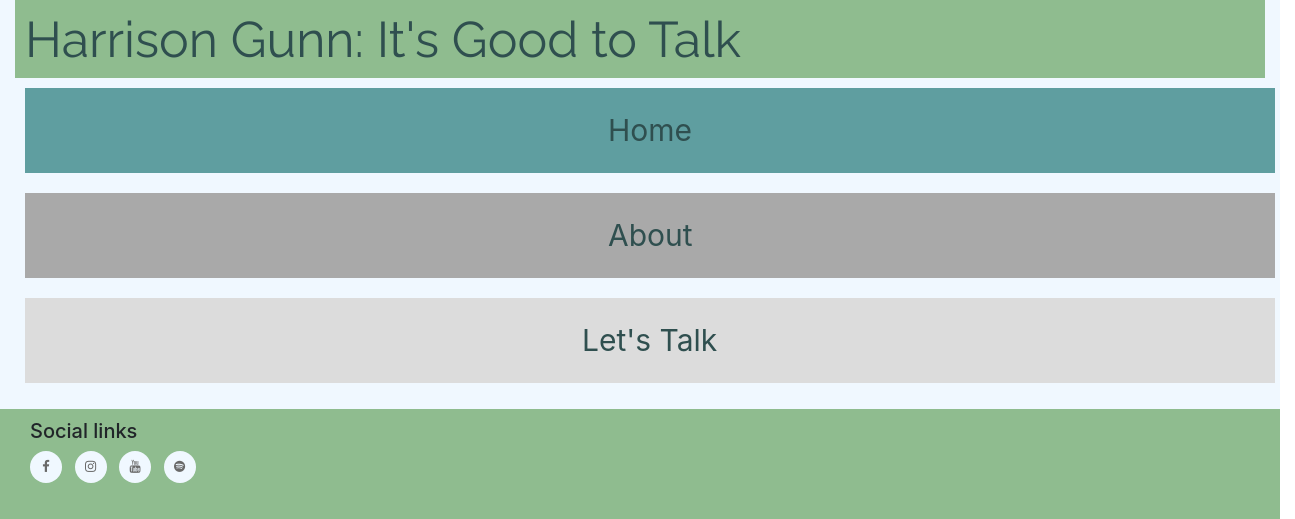
Repository: Leannald13/mile-stone-project-html
Page: contact.html
The author's editor kept a record of every edit. The page is drawn from the files as they stood at one moment, then again after the next edit.
The browser window is 1280 px wide. The page is 1295 px wide, so the pictures cover 1295 px, including what lies to the right of the window. The pictures show the part of the page from y = 500 to 1035 px (the page is 1019 px tall before and 1035 px after).

Above is the page before.

### contact.html
<!DOCTYPE html>
<html lang="en">

<head>
    <meta charset="UTF-8">
    <meta name="viewport" content="width=device-width, initial-scale=1.0">
    <meta http-equiv="X-UA-Compatible" content="ie=edge">
    <link rel="stylesheet" href="https://stackpath.bootstrapcdn.com/bootstrap/4.3.1/css/bootstrap.min.css" type="text/css" />
    <link rel="stylesheet" href="https://cdnjs.cloudflare.com/ajax/libs/hover.css/2.3.1/css/hover-min.css" type="text/css" />
    <link rel="stylesheet" href="https://stackpath.bootstrapcdn.com/font-awesome/4.7.0/css/font-awesome.min.css" type="text/css" />
    <link rel="stylesheet" href="assets/css/style.css" type="text/css" />
    <title>Harrison</title>
</head>

<body>
    <header>
        <div class="row">
            <a href="index.html" class="col-md-12 logo">

            </a>
        </div>
            <div class="container-fluid">
        <div class="row">
            <div class="col-sm-12">
                <div class="row no-gutters bg-color-name">
                    <div class="col heading">
                        <h1 class="name">Harrison Gunn: It's Good to Talk</h1>
                    </div>
                </div>
            </div>
             <div class="container-fluid">
            <div class="row">
                <div class="col-12">
                    <ul id="nav" class="list-inline menucontainer">
                        <li class="col col-sm-12 ui-menu-color-home list-inline-item menuitem">
                            <a href="index.html" class="hvr-wobble-horizontal"><span>Home</span></a>
                        </li>
                        <li class="col col-sm-12 ui-menu-color-general list-inline-item menuitem">
                            <a href="general.html" class="hvr-wobble-horizontal"><span>About</span></a>
                        </li>
                        <li class="col col-sm-12 ui-menu-color-contact list-inline-item menuitem">
                            <a href="contact.html" class="hvr-wobble-horizontal"><span>Let's Talk</span></a>
                        </li>
                    </ul>
                </div>
                </div>
            </div>
    </header>
    <section>

    </section>
    <footer>
        <div class="container-fluid">
            <div class="col sm-12">
                <h5 class="uppercase general-sub">Social links</h5>
                <ul class="list-inline social-links">
                    <li class="list-inline-item">
                        <a target="_blank" href="https://www.facebook.com/harrison.gunn.16">
                           <i class="fa fa-facebook" aria-hidden="true"></i>
                           <span class="sr-only">Facebook</span>
                        </a>
                    </li>
                    <li class="list-inline-item">
                        <a target="_blank" href="https://www.instagram.com/harrisongunn_/">
                           <i class="fa fa-instagram" aria-hidden="true"></i>
                           <span class="sr-only">Instagram</span>
                        </a>
                    </li>
                    <li class="list-inline-item">
                        <a target="_blank" href="https://www.youtube.com/channel/UCEPhcVc_ooMeZwhF5X4OEYg">
                           <i class="fa fa-youtube" aria-hidden="true"></i>
                           <span class="sr-only">YouTube</span>
                           </a>
                    </li>
                    <li class="list-inline-item">
                        <a target="_blank" href="spotify:show:1azq4fgMCEafJTPjsGm6tL">
                           <i class="fa fa-spotify" aria-hidden="true"></i>
                           <span class="sr-only">Spotify</span>
                           </a>
                    </li>
            </div>
        </div>
    </footer>
</body>

</html>

### assets/css/style.css
@import url('https://fonts.googleapis.com/css?family=Raleway&display=swap');


/* -------------------------------------------------------------Heading */

.logo {
    background: url("../images/haribo.jpg");
    background-position: center;
    background-repeat: no-repeat;
    background-size: cover;
    width: 100%;
    height: 500px;
    transition: all .5s;
    display: block;
}

.heading {
    background-color: #8fbc8f;
    width: 100%;
    padding-top: 10px;
}




.bg-color-name {
    font-family: "Raleway", sans-serif;
    color: #2f4f4f;
    text-align: left;
    font-weight: 100;
    width: 100%;

}

.name {
    font-size: 50px;
    padding-left: 10px;
}

/* -------------------------------------------------------------Menu items within heading */

.menuitem,
.menuitem a,
.menuitem a i {
    font-size: 30px;
    color: #2f4f4f;
    margin: 10px;
    padding: 5px;
    text-align: center;
}

.menuitem span {
  width: 100%;
  text-align: center;
  font-weight: 400;
}



.ui-menu-color-home {
    padding-left: 5px;
    background-color: #5F9EA0;
}

.ui-menu-color-general {
    background-color: #A9A9A9;
    padding: 5px;
}

.ui-menu-color-contact {
    background-color: #DCDCDC;
    padding: 5px;
}

.text-center {
    width: 100%;
}


/* -------------------------------------------------------------Section */

.row {
    background-color: #F0F8FF;

}

/* -------------------------------------------------------------Section General.html */

.wrapper {
    display: inline;
    width: 100%;
    margin: auto;

}

/* -------------------------------------------------------------Footer */

footer {
    background-color: #8fbc8f;
    padding-bottom: 20px;

}

.social-links li a i {
    width: 32px;
    height: 32px;
    padding-top: 12px;
    border-radius: 50%;
    font-size: 13px;
    line-height: 7px;
    text-align: center;
    color: #696969;
    background: #f0f8ff;
    background-position: center;
    transition: all 0.35s ease-in-out;
}

.general-sub {
    padding-top: 10px;
}

After the next edit:
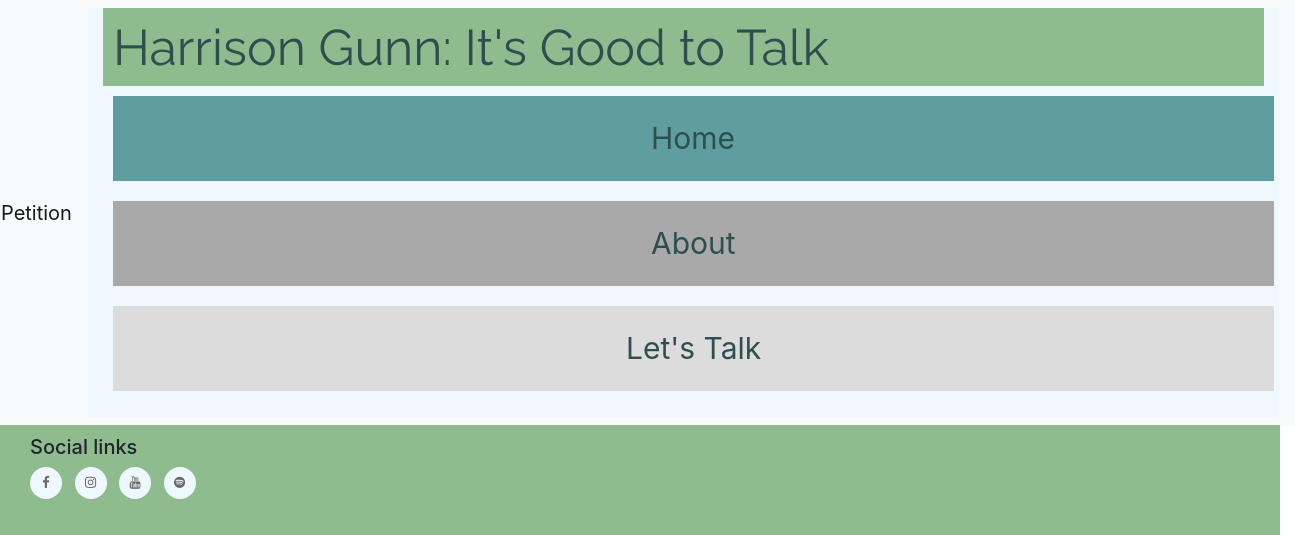
The edit:
--- a/contact.html
+++ b/contact.html
@@ -18,7 +18,12 @@
             <a href="index.html" class="col-md-12 logo">
 
             </a>
-        </div>
+                       <nav class="navbar navbar-expand-lg navbar-light bg-light">
+  <a class="navbar-brand" href="https://petition.parliament.uk/petitions/260373">Petition</a>
+  <button class="navbar-toggler" type="button" data-toggle="collapse" data-target="#navbarSupportedContent" aria-controls="navbarSupportedContent" aria-expanded="false" aria-label="Toggle navigation">
+    <span class="navbar-toggler-icon"></span>
+  </button>
+
             <div class="container-fluid">
         <div class="row">
             <div class="col-sm-12">
